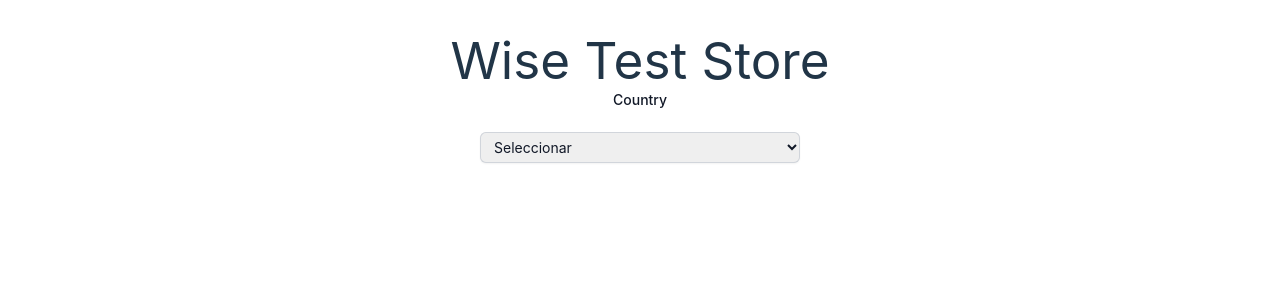
Repository: marianozamora/reactredux-wise
Page: /
The author's editor kept a copy of each file at every save. The page is drawn from the files as they stood at one save, then again after the next save.
The browser window is 1280 px wide. The pictures show the whole page.
The page's requests for data from a server got no answer. The project was rebuilt for these pictures with package versions that can differ from the ones it lists, and the page was loaded fresh each time. No one was signed in, and anything a server would have sent is missing. Also part of the build but not shown: vite.config.ts, src/icons.tsx.

Above is the page before, as saved 2023-04-08 04:29:32.

After the next save:
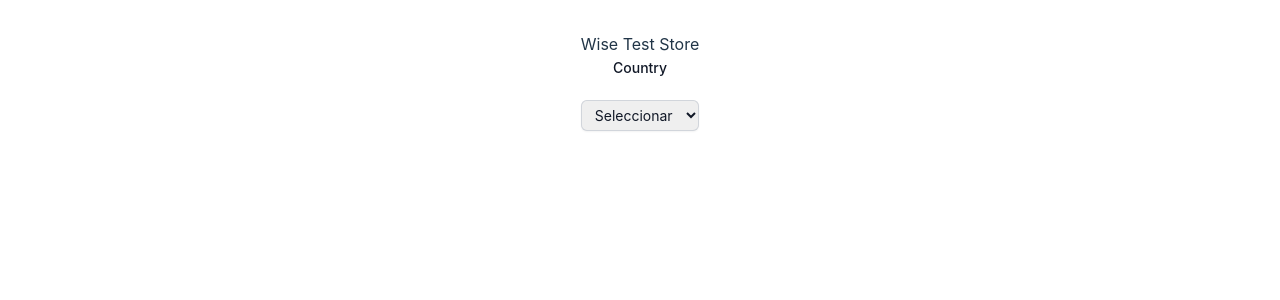
Saved 5 s later.
--- a/src/index.css
+++ b/src/index.css
@@ -27,29 +27,7 @@
   min-height: 100vh; */
 }
 
-h1 {
-  font-size: 3.2em;
-  line-height: 1.1;
-}
 
-button {
-  border-radius: 8px;
-  border: 1px solid transparent;
-  padding: 0.6em 1.2em;
-  font-size: 1em;
-  font-weight: 500;
-  font-family: inherit;
-  background-color: #1a1a1a;
-  cursor: pointer;
-  transition: border-color 0.25s;
-}
-/* button:hover {
-  border-color: #646cff;
-}
-button:focus,
-button:focus-visible {
-  outline: 4px auto -webkit-focus-ring-color;
-} */
 
 @media (prefers-color-scheme: light) {
   :root {

After the save that followed:
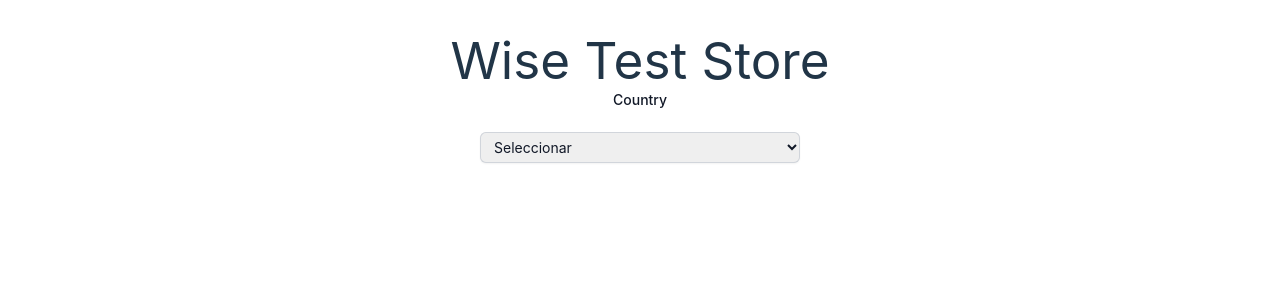
Saved 4 s later.
--- a/src/index.css
+++ b/src/index.css
@@ -27,7 +27,29 @@
   min-height: 100vh; */
 }
 
+h1 {
+  font-size: 3.2em;
+  line-height: 1.1;
+}
 
+button {
+  border-radius: 8px;
+  border: 1px solid transparent;
+  padding: 0.6em 1.2em;
+  font-size: 1em;
+  font-weight: 500;
+  font-family: inherit;
+  background-color: #1a1a1a;
+  cursor: pointer;
+  transition: border-color 0.25s;
+}
+/* button:hover {
+  border-color: #646cff;
+}
+button:focus,
+button:focus-visible {
+  outline: 4px auto -webkit-focus-ring-color;
+} */
 
 @media (prefers-color-scheme: light) {
   :root {
